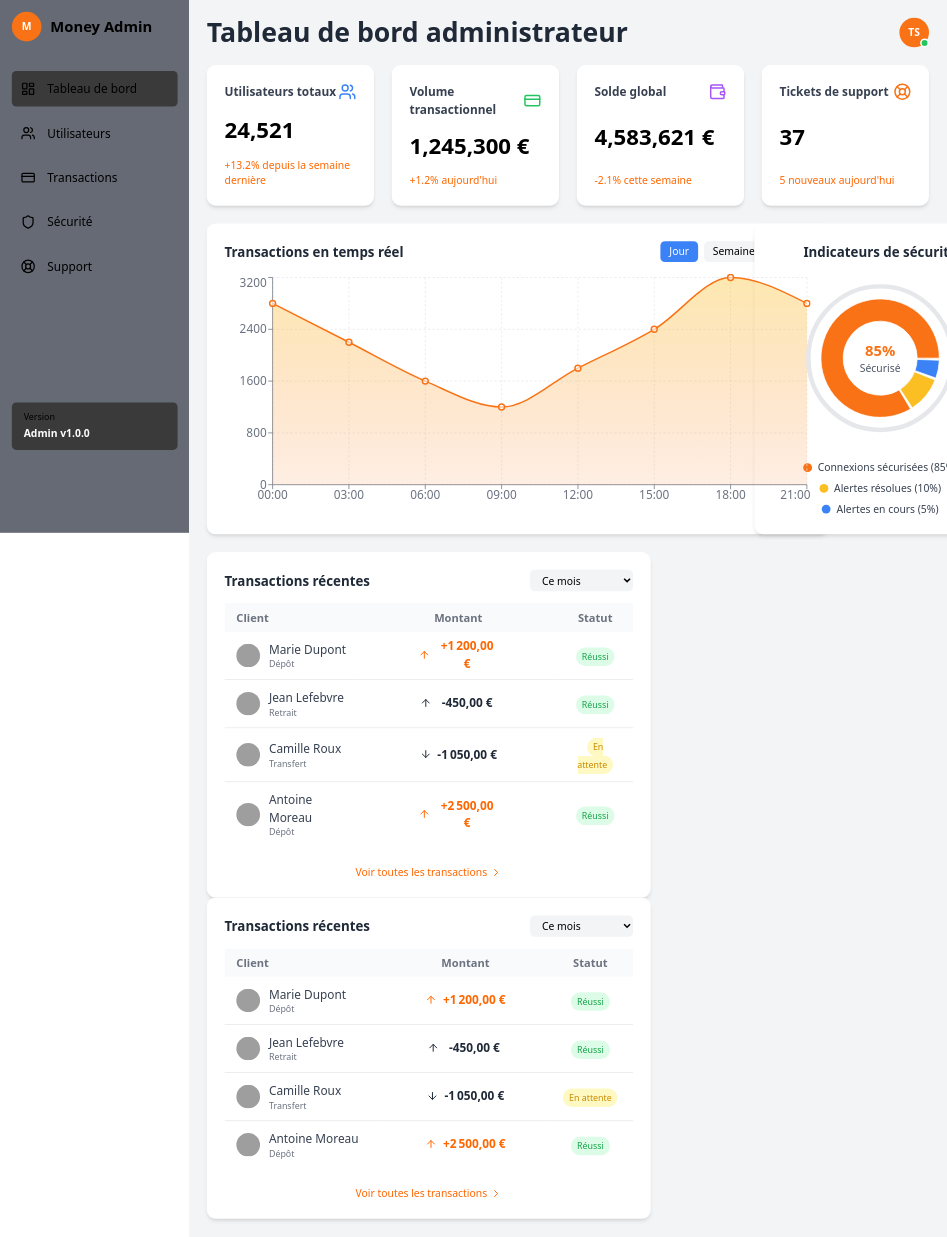
Repository: Edongo999/Dashboard
Page: /
An editor plug-in stored every save of this project. The page is shown before and after the next save, followed by the edit.
The browser window is 1280 px wide. The pictures show the whole page, at 74% of full size.
Pictures or frames that could not be fetched are drawn as grey boxes. The project was rebuilt for these pictures with package versions that can differ from the ones it lists, and the page was loaded fresh each time. Also part of the build but not shown: vite.config.ts.

Above is the page before, as saved 2025-10-14 13:12:58.

### index.html
<!doctype html>
<html lang="en">
  <head>
    <meta charset="UTF-8" />
    <link rel="icon" type="image/svg+xml" href="/vite.svg" />
    <meta name="viewport" content="width=device-width, initial-scale=1.0" />
    <title>mon_dashboard</title>
  </head>
  <body>
    <div id="root"></div>
    <script type="module" src="/src/main.tsx"></script>
  </body>
</html>

### src/App.tsx
import Sidebar from "./components/Sidebar"
import StatBlock from "./components/StatBlock"
import UserAvatar from "./components/UserAvatar"
import RealtimeChart from "./components/RealtimeChart"
import SecurityIndicators from "./components/SecurityIndicators"
import RecentActivity from "./components/RecentActivity" // ✅ AJOUT ICI
import { Users, CreditCard, Wallet, LifeBuoy } from "lucide-react"
import NewUsersTable from "./components/NewUsersTable"

const App = () => {
  const kpis = [
    {
      title: "Utilisateurs totaux",
      value: "24,521",
      subtext: "+13.2% depuis la semaine dernière",
      icon: <Users />,
      iconColor: "text-blue-500"
    },
    {
      title: "Volume transactionnel",
      value: "1,245,300 €",
      subtext: "+1.2% aujourd'hui",
      icon: <CreditCard />,
      iconColor: "text-green-500"
    },
    {
      title: "Solde global",
      value: "4,583,621 €",
      subtext: "-2.1% cette semaine",
      icon: <Wallet />,
      iconColor: "text-purple-500"
    },
    {
      title: "Tickets de support",
      value: "37",
      subtext: "5 nouveaux aujourd'hui",
      icon: <LifeBuoy />,
      iconColor: "text-orange-500"
    }
  ]

  return (
    <div className="flex min-h-screen">
      <Sidebar />
      <main className="flex-1 overflow-auto p-6 bg-[#F3F4F6]">
        {/* Titre + avatar */}
        <div className="flex items-center justify-between mb-6">
          <h1 className="text-4xl font-bold text-gray-800">
            Tableau de bord administrateur
          </h1>
          <UserAvatar />
        </div>

        {/* Cartes KPI */}
        <div className="grid grid-cols-1 sm:grid-cols-2 lg:grid-cols-4 gap-6 mb-6">
          {kpis.map((kpi, i) => (
            <StatBlock key={i} {...kpi} />
          ))}
        </div>

        {/* Section monitoring */}
        <div className="grid grid-cols-1 lg:grid-cols-2 gap-6 mb-6">
          <RealtimeChart />
          <SecurityIndicators />
        </div>

        {/* 🔧 Nouvelle section : Activité récente */}
        <RecentActivity />
        <NewUsersTable />
      </main>
    </div>
  )
}

export default App

### src/components/Sidebar.tsx
import {
  LayoutDashboard,
  Users,
  CreditCard,
  Shield,
  LifeBuoy,
  Menu
} from "lucide-react"
import { useState } from "react"

const Sidebar = () => {
  const [open, setOpen] = useState(false)
  const [active, setActive] = useState("Tableau de bord")

  const menuItems = [
    { label: "Tableau de bord", icon: <LayoutDashboard size={20} /> },
    { label: "Utilisateurs", icon: <Users size={20} /> },
    { label: "Transactions", icon: <CreditCard size={20} /> },
    { label: "Sécurité", icon: <Shield size={20} /> },
    { label: "Support", icon: <LifeBuoy size={20} /> }
  ]

  return (
    <>
      {/* Bouton hamburger mobile */}
      <button
        className="lg:hidden fixed top-4 left-4 z-50 bg-white p-2 rounded-md shadow-md"
        onClick={() => setOpen(!open)}
      >
        <Menu className="text-gray-800" />
      </button>

      {/* Sidebar */}
      <aside
        className={`fixed top-0 left-0 w-64 h-screen bg-[#656A74] text-neutral-content flex flex-col justify-between p-4 z-40 transition-transform duration-300 ${
          open ? "translate-x-0" : "-translate-x-full"
        } lg:translate-x-0 lg:static lg:block`}
        style={{ opacity: 1 }}
      >
        {/* Haut : logo */}
        <div>
          <div className="flex items-center gap-3 mb-10">
            <div className="bg-orange-500 text-white rounded-full w-10 h-10 flex items-center justify-center font-bold text-sm shrink-0">
              M
            </div>
            <span className="text-xl font-semibold whitespace-nowrap">Money Admin</span>
          </div>

          {/* Menu */}
          <ul className="space-y-3">
            {menuItems.map((item) => (
              <li key={item.label}>
                <a
                  onClick={() => setActive(item.label)}
                  className={`flex items-center gap-4 py-3 px-3 text-[16px] rounded-md transition-all duration-300 ${
                    active === item.label
                      ? "bg-[#3A3A3A]"
                      : "hover:bg-neutral-600 hover:scale-[1.02]"
                  }`}
                >
                  {item.icon}
                  {item.label}
                </a>
              </li>
            ))}
          </ul>
        </div>

        {/* Bloc version */}
        <div className="mt-40">
          <div className="bg-[#3A3A3A] rounded-md px-4 py-3 text-xs text-neutral-content/70">
            <p className="mb-1">Version</p>
            <span className="font-semibold text-sm text-white">Admin v1.0.0</span>
          </div>
        </div>
      </aside>
    </>
  )
}

export default Sidebar

### src/components/StatBlock.tsx
import { motion } from "framer-motion"

type StatBlockProps = {
  title: string
  value: string
  subtext: string
  icon: React.ReactNode
  iconColor: string
}

const StatBlock = ({ title, value, subtext, icon, iconColor }: StatBlockProps) => {
  return (
    <motion.div
      initial={{ opacity: 0, y: 30 }}
      animate={{ opacity: 1, y: 0 }}
      whileHover={{ scale: 1.03, y: -5 }}
      transition={{ duration: 0.3, ease: "easeOut" }}
      // 🔧 MODIFICATION ICI : largeur dynamique
      // Remplace `max-w-[240px]` par `flex-1` pour que chaque carte s’étire dans le layout
      className="bg-white shadow-md p-6 rounded-[12px] flex flex-col justify-between flex-1 h-[190px]"
    >
      <div className="flex justify-between items-center">
        <h3 className="text-base font-semibold text-gray-700">{title}</h3>
        <div className={`text-2xl ${iconColor}`}>{icon}</div>
      </div>
      <p className="text-3xl font-bold mt-2 text-black">{value}</p>
      <p className="text-sm mt-2 text-[#FF6600] font-medium">{subtext}</p>
    </motion.div>
  )
}

export default StatBlock

### src/components/UserAvatar.tsx
const UserAvatar = () => {
  return (
    <div className="relative">
      <div className="w-10 h-10 rounded-full bg-orange-500 text-white flex items-center justify-center font-bold text-sm">
        TS
      </div>
      <span className="absolute bottom-0 right-0 w-3 h-3 rounded-full border-2 border-white bg-green-500" />
    </div>
  )
}

export default UserAvatar

### src/components/RealtimeChart.tsx
import {
  AreaChart,
  Area,
  XAxis,
  YAxis,
  Tooltip,
  CartesianGrid,
  ResponsiveContainer
} from "recharts"
import { useState } from "react"

// 🔧 MODIFICATION ICI : valeurs fidèles à ton image
const datasets = {
  jour: [
    { time: "00:00", value: 2800 },
    { time: "03:00", value: 2200 },
    { time: "06:00", value: 1600 },
    { time: "09:00", value: 1200 },
    { time: "12:00", value: 1800 },
    { time: "15:00", value: 2400 },
    { time: "18:00", value: 3200 },
    { time: "21:00", value: 2800 }
  ],
  semaine: [
    { time: "Lun", value: 5400 },
    { time: "Mar", value: 6200 },
    { time: "Mer", value: 5800 },
    { time: "Jeu", value: 6900 },
    { time: "Ven", value: 7200 },
    { time: "Sam", value: 5100 },
    { time: "Dim", value: 4300 }
  ],
  mois: [
    { time: "S1", value: 18000 },
    { time: "S2", value: 22000 },
    { time: "S3", value: 19500 },
    { time: "S4", value: 25000 }
  ]
}

const RealtimeChart = () => {
  const [view, setView] = useState<"jour" | "semaine" | "mois">("jour")

  return (
    // 🔧 MODIFICATION ICI : largeur élargie à 840px
    <div className="bg-white rounded-[12px] shadow-md p-6 w-[840px]">
      <div className="flex items-center justify-between mb-4">
        <h2 className="text-lg font-semibold text-gray-800">Transactions en temps réel</h2>
        <div className="flex gap-2">
          {["jour", "semaine", "mois"].map((v) => (
            <button
              key={v}
              onClick={() => setView(v as "jour" | "semaine" | "mois")}
              className={`text-sm px-3 py-1 rounded-md ${
                view === v ? "bg-blue-500 text-white" : "bg-gray-100 hover:bg-gray-200"
              }`}
            >
              {v.charAt(0).toUpperCase() + v.slice(1)}
            </button>
          ))}
        </div>
      </div>

      {/* 🔧 MODIFICATION ICI : hauteur augmentée à h-80 */}
      <div className="h-80">
        <ResponsiveContainer width="100%" height="100%">
          <AreaChart data={datasets[view]}>
            <defs>
              <linearGradient id="colorValue" x1="0" y1="0" x2="0" y2="1">
                <stop offset="0%" stopColor="#FBBF24" stopOpacity={0.6} />
                <stop offset="100%" stopColor="#F97316" stopOpacity={0.2} />
              </linearGradient>
            </defs>

            {/* 🔧 Traits interrompus uniquement */}
            <CartesianGrid strokeDasharray="3 3" stroke="#E5E7EB" />
            <XAxis dataKey="time" stroke="#6B7280" />
            <YAxis stroke="#6B7280" />
            <Tooltip
              contentStyle={{ backgroundColor: "#fff", borderRadius: "8px", border: "none" }}
              labelStyle={{ color: "#374151", fontWeight: "500" }}
            />
            <Area
              type="monotone"
              dataKey="value"
              stroke="#F97316"
              strokeWidth={2}
              fill="url(#colorValue)"
              dot={{ r: 4, stroke: "#F97316", strokeWidth: 2, fill: "#fff" }}
            />
          </AreaChart>
        </ResponsiveContainer>
      </div>
    </div>
  )
}

export default RealtimeChart

### src/components/SecurityIndicators.tsx
import {
  PieChart,
  Pie,
  Cell,
  ResponsiveContainer
} from "recharts"

type SecurityLabel = "Connexions sécurisées" | "Alertes résolues" | "Alertes en cours"

const rawData: { name: SecurityLabel; value: number }[] = [
  { name: "Connexions sécurisées", value: 85 },
  { name: "Alertes résolues", value: 10 },
  { name: "Alertes en cours", value: 5 }
]

const COLOR_MAP: Record<SecurityLabel, string> = {
  "Connexions sécurisées": "#F97316",
  "Alertes résolues": "#FBBF24",
  "Alertes en cours": "#3B82F6"
}

const SecurityIndicators = () => {
  const total = rawData.reduce((sum, item) => sum + item.value, 0)

  const data = rawData.map((item) => ({
    ...item,
    percent: ((item.value / total) * 100).toFixed(0) + "%",
    color: COLOR_MAP[item.name]
  }))

  return (
    // 🔧 MODIFICATION ICI : contrôle du décalage horizontal
    // Pour décaler vers la droite, utilise `ml-2`, `ml-4`, `ml-6`, etc.
    // Pour centrer, retire `ml-*` et utilise `mx-auto`
    <div className="bg-white rounded-[12px] shadow-md p-6 w-[340px] h-[420px] ml-60 flex flex-col items-center justify-between">
      <h2 className="text-lg font-semibold text-gray-800">Indicateurs de sécurité</h2>

      {/* Donut + cercle externe */}
      <div className="relative flex items-center justify-center mt-2 mb-4">
        <div className="w-[200px] h-[200px] rounded-full border-[6px] border-gray-200 flex items-center justify-center">
          <div className="w-[160px] h-[160px]">
            <ResponsiveContainer width="100%" height="100%">
              <PieChart>
                <Pie
                  data={data}
                  dataKey="value"
                  innerRadius={50}
                  outerRadius={80}
                  paddingAngle={2}
                >
                  {data.map((item) => (
                    <Cell key={item.name} fill={item.color} />
                  ))}
                </Pie>
              </PieChart>
            </ResponsiveContainer>
          </div>

          {/* Texte centré */}
          <div className="absolute text-center">
            <p className="text-xl font-bold text-orange-500">85%</p>
            <p className="text-sm text-gray-600">Sécurisé</p>
          </div>
        </div>
      </div>

      {/* Légende en bas */}
      <div className="flex flex-col items-center gap-2 text-sm text-gray-700">
        {data.map((item) => (
          <div key={item.name} className="flex items-center gap-2">
            <span
              className="w-3 h-3 rounded-full"
              style={{ backgroundColor: item.color }}
            />
            <span>{item.name} ({item.percent})</span>
          </div>
        ))}
      </div>
    </div>
  )
}

export default SecurityIndicators

### src/components/NewUsersTable.tsx
import { ChevronRight, ArrowUp, ArrowDown } from "lucide-react"

const avatarUrl = "https://ui-avatars.com/api/?name=Client&background=F3F4F6&color=111827" // ✅ Avatar neutre et stable

const transactions = [
  {
    name: "Marie Dupont",
    type: "Dépôt",
    amount: "+1 200,00 €",
    status: "Réussi"
  },
  {
    name: "Jean Lefebvre",
    type: "Retrait",
    amount: "-450,00 €",
    status: "Réussi"
  },
  {
    name: "Camille Roux",
    type: "Transfert",
    amount: "-1 050,00 €",
    status: "En attente"
  },
  {
    name: "Antoine Moreau",
    type: "Dépôt",
    amount: "+2 500,00 €",
    status: "Réussi"
  }
]

const RecentActivity = () => {
  return (
    <div className="bg-white rounded-[12px] shadow-md p-6 w-full lg:max-w-[600px]">
      <div className="flex justify-between items-center mb-4">
        <h2 className="text-lg font-bold text-gray-800">Transactions récentes</h2>
        <select className="text-sm bg-gray-100 px-3 py-1 rounded-md">
          <option>Ce mois</option>
          <option>Cette semaine</option>
          <option>Aujourd'hui</option>
        </select>
      </div>

      <div className="overflow-x-auto">
        <table className="min-w-[500px] w-full text-[15px] text-left">
          <thead>
            <tr className="bg-[#F9FAFB] text-gray-500 font-normal">
              <th className="py-2 px-4">Client</th>
              <th className="py-2 px-12 text-center">Montant</th>
              <th className="py-2 px-4 text-center">Statut</th>
            </tr>
          </thead>
          <tbody className="divide-y divide-gray-200">
            {transactions.map((tx, i) => {
              const isDeposit = tx.type === "Dépôt"
              const arrowColor = isDeposit ? "#FF6600" : "#1F2937"
              const amountColor = isDeposit ? "text-[#FF6600]" : "text-[#1F2937]"
              const ArrowIcon = tx.status === "Réussi" ? ArrowUp : ArrowDown

              return (
                <tr key={i} className="text-gray-700 align-middle text-[16px]">
                  <td className="py-3 px-4">
                    <div className="flex items-center gap-3">
                      <img
                        src={avatarUrl}
                        alt={tx.name}
                        className="w-8 h-8 rounded-full object-cover"
                      />
                      <div>
                        <p className="font-medium">{tx.name}</p>
                        <p className="text-xs text-gray-500">{tx.type}</p>
                      </div>
                    </div>
                  </td>

                  <td className="py-3 px-12 text-center">
                    <div className="inline-flex items-center justify-center gap-2 h-6">
                      <ArrowIcon
                        className="w-4 h-4 font-bold shrink-0"
                        style={{ color: arrowColor, fontWeight: "bold" }}
                      />
                      <span className={`font-semibold ${amountColor} min-w-[80px]`}>
                        {tx.amount}
                      </span>
                    </div>
                  </td>

                  <td className="py-3 px-4 text-center">
                    <span
                      className={`px-2 py-1 rounded-full text-xs font-medium ${
                        tx.status === "Réussi"
                          ? "bg-green-100 text-green-600"
                          : "bg-yellow-100 text-yellow-600"
                      }`}
                    >
                      {tx.status}
                    </span>
                  </td>
                </tr>
              )
            })}
          </tbody>
        </table>
      </div>

      <div className="mt-6 flex justify-center">
        <button className="text-sm text-[#FF6600] hover:underline flex items-center gap-1">
          Voir toutes les transactions <ChevronRight className="w-4 h-4" style={{ color: "#FF6600" }} />
        </button>
      </div>
    </div>
  )
}

export default RecentActivity

Loaded but not shown: src/main.tsx (common file); src/index.css (common file); tailwind.config.js (26 lines, source omitted); src/components/RecentActivity.tsx (126 lines, source omitted)

After the next save:
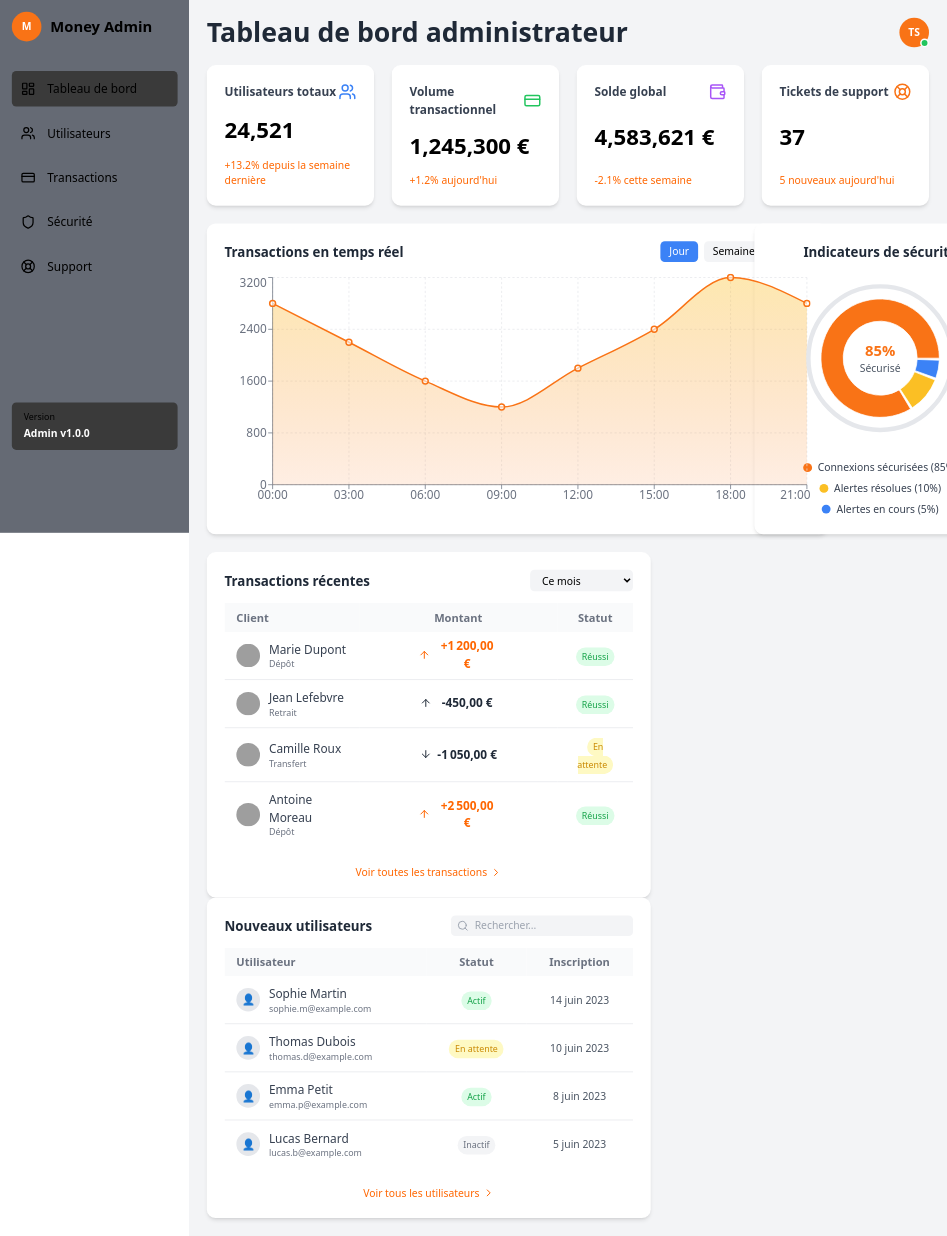
Saved 3 min 14 s later.
--- a/src/components/NewUsersTable.tsx
+++ b/src/components/NewUsersTable.tsx
@@ -1,100 +1,95 @@
-import { ChevronRight, ArrowUp, ArrowDown } from "lucide-react"
+import { ChevronRight, Search } from "lucide-react"
 
-const avatarUrl = "https://ui-avatars.com/api/?name=Client&background=F3F4F6&color=111827" // ✅ Avatar neutre et stable
-
-const transactions = [
+// ✅ Liste des utilisateurs simulés
+const users = [
   {
-    name: "Marie Dupont",
-    type: "Dépôt",
-    amount: "+1 200,00 €",
-    status: "Réussi"
+    name: "Sophie Martin",
+    email: "sophie.m@example.com",
+    status: "Actif",
+    date: "14 juin 2023"
   },
   {
-    name: "Jean Lefebvre",
-    type: "Retrait",
-    amount: "-450,00 €",
-    status: "Réussi"
+    name: "Thomas Dubois",
+    email: "thomas.d@example.com",
+    status: "En attente",
+    date: "10 juin 2023"
   },
   {
-    name: "Camille Roux",
-    type: "Transfert",
-    amount: "-1 050,00 €",
-    status: "En attente"
+    name: "Emma Petit",
+    email: "emma.p@example.com",
+    status: "Actif",
+    date: "8 juin 2023"
   },
   {
-    name: "Antoine Moreau",
-    type: "Dépôt",
-    amount: "+2 500,00 €",
-    status: "Réussi"
+    name: "Lucas Bernard",
+    email: "lucas.b@example.com",
+    status: "Inactif",
+    date: "5 juin 2023"
   }
 ]
 
-const RecentActivity = () => {
+const NewUsers = () => {
   return (
     <div className="bg-white rounded-[12px] shadow-md p-6 w-full lg:max-w-[600px]">
+
+      {/* ✅ Titre et barre de recherche */}
       <div className="flex justify-between items-center mb-4">
-        <h2 className="text-lg font-bold text-gray-800">Transactions récentes</h2>
-        <select className="text-sm bg-gray-100 px-3 py-1 rounded-md">
-          <option>Ce mois</option>
-          <option>Cette semaine</option>
-          <option>Aujourd'hui</option>
-        </select>
+        <h2 className="text-lg font-bold text-gray-800">Nouveaux utilisateurs</h2>
+        <div className="relative">
+          <input
+            type="text"
+            placeholder="Rechercher..."
+            className="text-sm bg-gray-100 pl-8 pr-3 py-1 rounded-md"
+          />
+          <Search className="absolute left-2 top-1.5 w-4 h-4 text-gray-400" />
+        </div>
       </div>
 
+      {/* ✅ Tableau responsive */}
       <div className="overflow-x-auto">
         <table className="min-w-[500px] w-full text-[15px] text-left">
           <thead>
             <tr className="bg-[#F9FAFB] text-gray-500 font-normal">
-              <th className="py-2 px-4">Client</th>
-              <th className="py-2 px-12 text-center">Montant</th>
+              <th className="py-2 px-4">Utilisateur</th>
               <th className="py-2 px-4 text-center">Statut</th>
+              <th className="py-2 px-4 text-center">Inscription</th>
             </tr>
           </thead>
           <tbody className="divide-y divide-gray-200">
-            {transactions.map((tx, i) => {
-              const isDeposit = tx.type === "Dépôt"
-              const arrowColor = isDeposit ? "#FF6600" : "#1F2937"
-              const amountColor = isDeposit ? "text-[#FF6600]" : "text-[#1F2937]"
-              const ArrowIcon = tx.status === "Réussi" ? ArrowUp : ArrowDown
+            {users.map((user, i) => {
+              const statusColor =
+                user.status === "Actif"
+                  ? "bg-green-100 text-green-600"
+                  : user.status === "En attente"
+                  ? "bg-yellow-100 text-yellow-600"
+                  : "bg-gray-100 text-gray-500"
 
               return (
                 <tr key={i} className="text-gray-700 align-middle text-[16px]">
+
+                  {/* ✅ Nom + email + icône */}
                   <td className="py-3 px-4">
                     <div className="flex items-center gap-3">
-                      <img
-                        src={avatarUrl}
-                        alt={tx.name}
-                        className="w-8 h-8 rounded-full object-cover"
-                      />
+                      <div className="w-8 h-8 rounded-full bg-gray-200 flex items-center justify-center">
+                        <span className="text-gray-500 text-sm">👤</span>
+                      </div>
                       <div>
-                        <p className="font-medium">{tx.name}</p>
-                        <p className="text-xs text-gray-500">{tx.type}</p>
+                        <p className="font-medium">{user.name}</p>
+                        <p className="text-xs text-gray-500">{user.email}</p>
                       </div>
                     </div>
                   </td>
 
-                  <td className="py-3 px-12 text-center">
-                    <div className="inline-flex items-center justify-center gap-2 h-6">
-                      <ArrowIcon
-                        className="w-4 h-4 font-bold shrink-0"
-                        style={{ color: arrowColor, fontWeight: "bold" }}
-                      />
-                      <span className={`font-semibold ${amountColor} min-w-[80px]`}>
-                        {tx.amount}
-                      </span>
-                    </div>
+                  {/* ✅ Statut avec badge */}
+                  <td className="py-3 px-4 text-center">
+                    <span className={`px-2 py-1 rounded-full text-xs font-medium ${statusColor}`}>
+                      {user.status}
+                    </span>
                   </td>
 
+                  {/* ✅ Date d’inscription */}
                   <td className="py-3 px-4 text-center">
-                    <span
-                      className={`px-2 py-1 rounded-full text-xs font-medium ${
-                        tx.status === "Réussi"
-                          ? "bg-green-100 text-green-600"
-                          : "bg-yellow-100 text-yellow-600"
-                      }`}
-                    >
-                      {tx.status}
-                    </span>
+                    <span className="text-sm text-gray-600">{user.date}</span>
                   </td>
                 </tr>
               )
@@ -103,13 +98,14 @@ const RecentActivity = () => {
         </table>
       </div>
 
+      {/* ✅ Lien en bas */}
       <div className="mt-6 flex justify-center">
         <button className="text-sm text-[#FF6600] hover:underline flex items-center gap-1">
-          Voir toutes les transactions <ChevronRight className="w-4 h-4" style={{ color: "#FF6600" }} />
+          Voir tous les utilisateurs <ChevronRight className="w-4 h-4" style={{ color: "#FF6600" }} />
         </button>
       </div>
     </div>
   )
 }
 
-export default RecentActivity
+export default NewUsers
